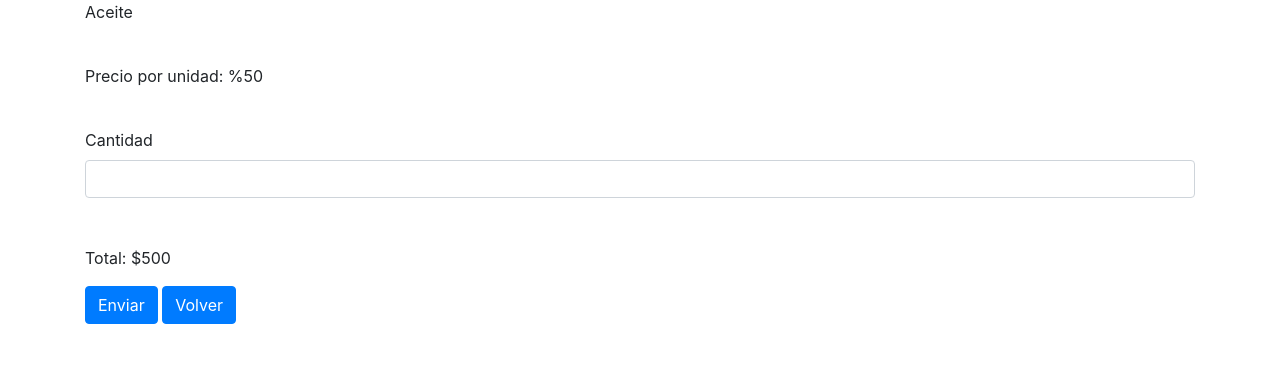
Repository: Alemartinez97/New-Repository
Page: programacion-3/tp4/carrito/detalleCompra/producto.html
An editor plug-in stored every save of this project. The page is shown before and after the next save, followed by the edit.
The browser window is 1280 px wide. The pictures show the whole page.

Above is the page before, as saved 2020-06-18 17:15:55.

After the next save:
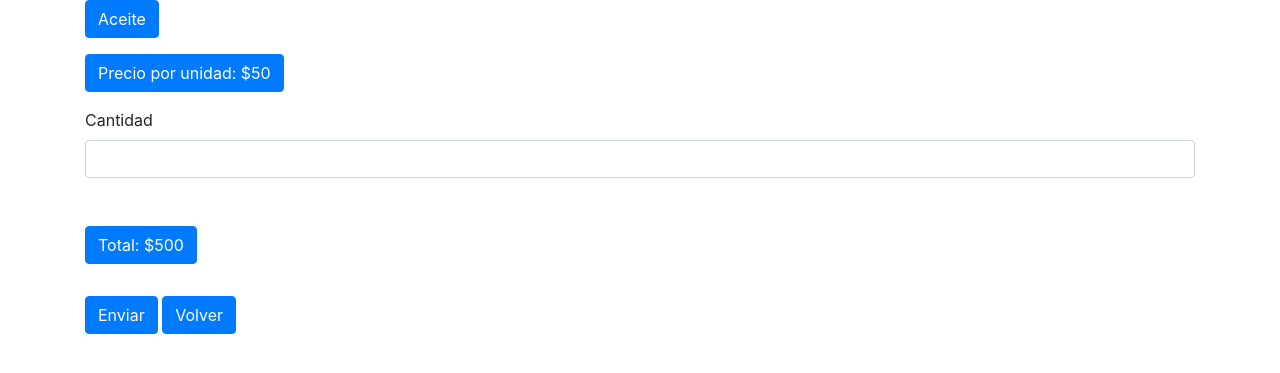
Saved 83 s later.
--- a/programacion-3/tp4/carrito/detalleCompra/producto.html
+++ b/programacion-3/tp4/carrito/detalleCompra/producto.html
@@ -9,14 +9,14 @@
 <body>
     <div class="container">
         <form class="form-group">
-            <p>Aceite</p>
+            <p class="btn btn-primary">Aceite</p>
         </br>
-        <p>Precio por unidad: %50</p>
+        <p class="btn btn-primary">Precio por unidad: $50</p>
         </br>
             <label for="">Cantidad</label>
             <input type="number" id="marca" class="form-control"  aria-describedby="emailHelp" required><br>
         </br>
-        <p>Total: $500</>
+        <p class="btn btn-primary">Total: $500</p>
     </br>
         </form>
 
